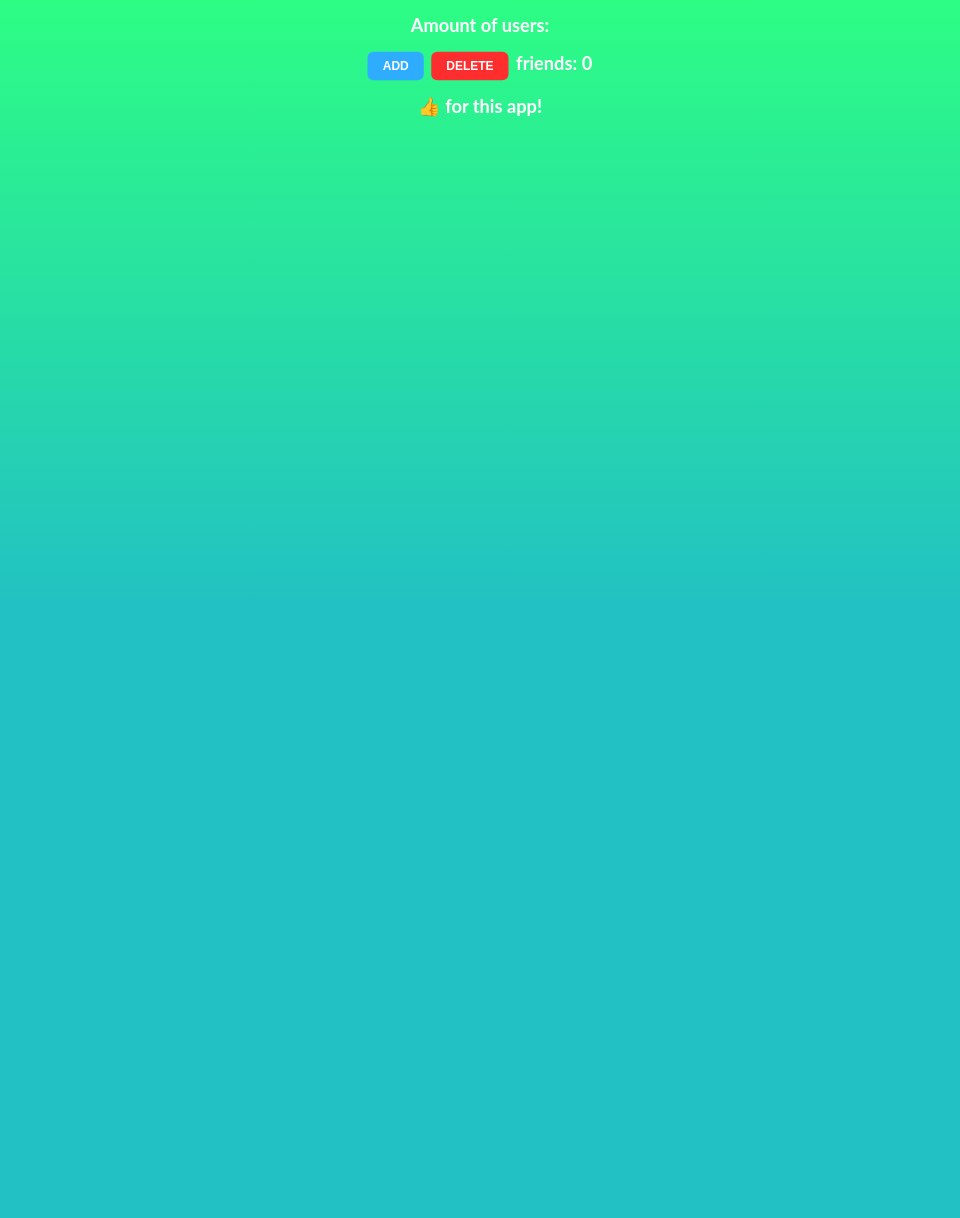
Repository: marcinszymaszek/facelook
Page: /
The author's editor kept a copy of each file at every save. The page is drawn from the files as they stood at one save, then again after the next save.
The browser window is 1280 px wide. The pictures show the whole page, at 75% of full size.
The page's requests for data from a server got no answer. The project was rebuilt for these pictures with package versions that can differ from the ones it lists, and the page was loaded fresh each time. No one was signed in, and anything a server would have sent is missing.

Above is the page before, as saved 2020-01-12 22:59:22.

After the next save:
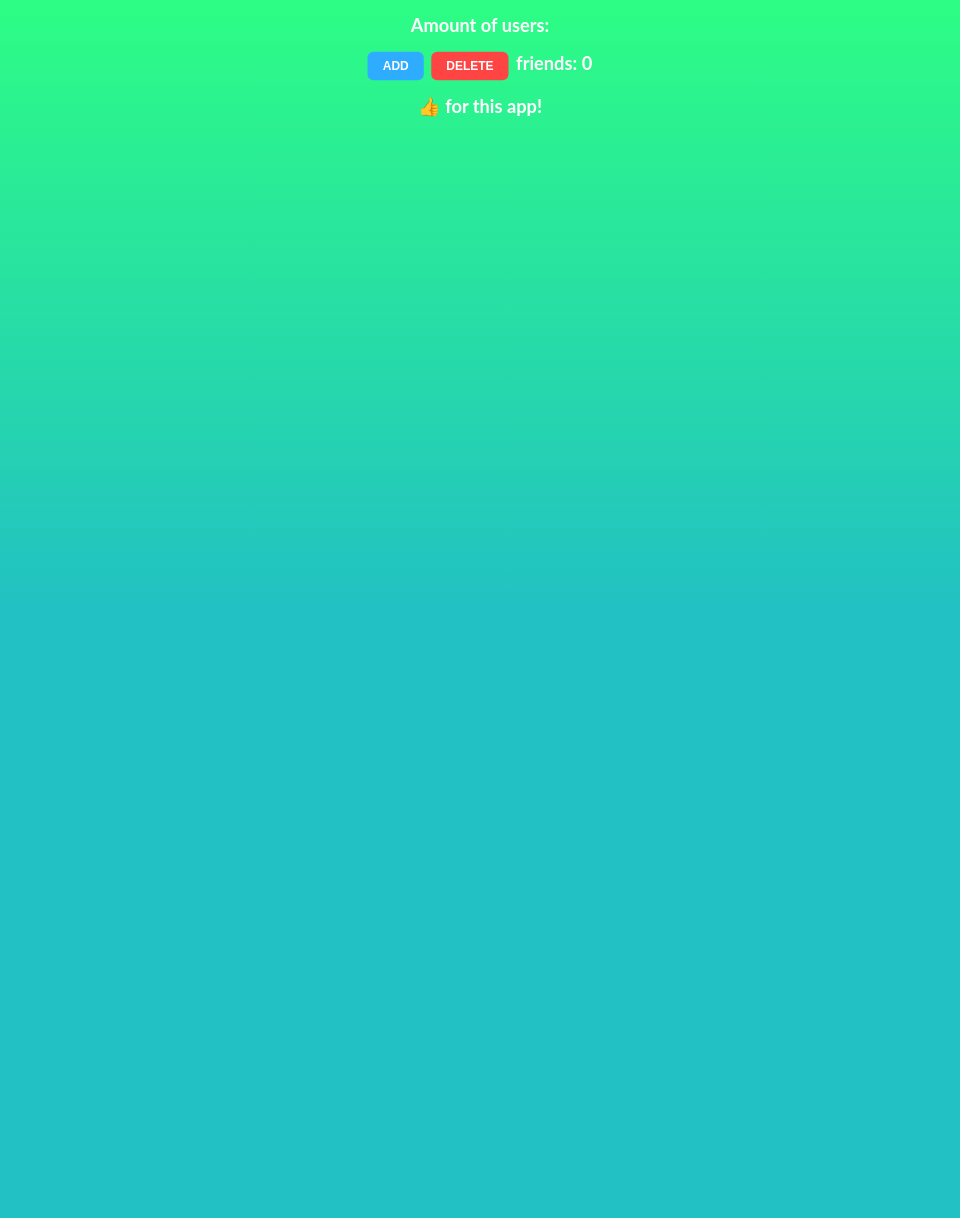
Saved 80 s later.
--- a/src/components/information/MainInfo.css
+++ b/src/components/information/MainInfo.css
@@ -27,7 +27,7 @@
 }
 
 .btn-delete {
-    background-color: rgb(255, 46, 46);
+    background-color: rgb(255, 68, 68);
 }
 
 .btn-delete:hover {
